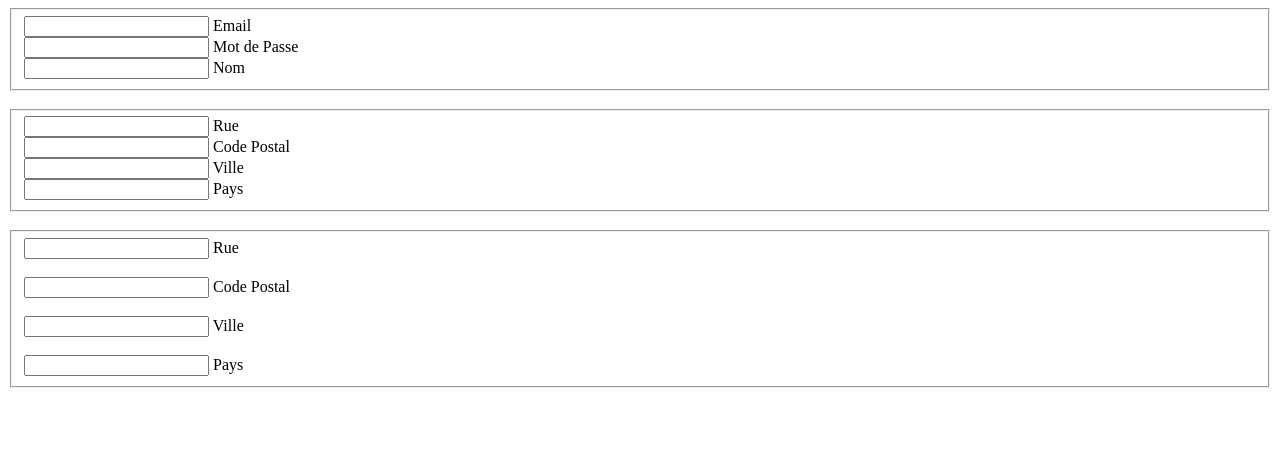
Repository: Tanox2450/ProjetFinalFrontWeb
Page: http://localhost/BoVoyageFrontOffice/fragments/formulaire.jsp
An editor plug-in stored every save of this project. The page is shown before and after the next save, followed by the edit.
The browser window is 1280 px wide. The pictures show the whole page.
The page is served by Tomcat 9. Other server files are loaded and not shown.

Above is the page before, as saved 2015-08-24 12:52:34.

### BoVoyageFrontOffice/WebContent/fragments/formulaire.jsp
<%@ page language="java" contentType="text/html; charset=UTF-8"
	pageEncoding="UTF-8"%>
<!DOCTYPE html PUBLIC "-//W3C//DTD HTML 4.01 Transitional//EN" "http://www.w3.org/TR/html4/loose.dtd">
<html>
<head>
<meta http-equiv="Content-Type" content="text/html; charset=UTF-8">
<title>Insert title here</title>
</head>
<body>
	<form method="post" action="FrontController">
		<fieldset>
			<div
				class="mdl-textfield mdl-js-textfield mdl-textfield--floating-label">
				<input class="mdl-textfield__input" type="text" name="email"
					id="email" /> <label class="mdl-textfield__label" for="email">Email</label>
			</div>
			<div
				class="mdl-textfield mdl-js-textfield mdl-textfield--floating-label">
				<input class="mdl-textfield__input" type="password" name="password"
					id="password" /> <label class="mdl-textfield__label" for="password">Mot
					de Passe</label>
			</div>
			<div
				class="mdl-textfield mdl-js-textfield mdl-textfield--floating-label">
				<input class="mdl-textfield__input" type="text" name="name"
					id="name" /> <label class="mdl-textfield__label" for="name">Nom</label>
			</div>
		</fieldset>
		<br />
		<fieldset>
			<div
				class="mdl-textfield mdl-js-textfield mdl-textfield--floating-label">
				<input class="mdl-textfield__input" type="text" name="street"
					id="street" /> <label class="mdl-textfield__label" for="street">Rue</label>
			</div>
			<div
				class="mdl-textfield mdl-js-textfield mdl-textfield--floating-label">
				<input class="mdl-textfield__input" type="text" name="postalCode"
					id="postalCode" /> <label class="mdl-textfield__label"
					for="postalCode">Code Postal</label>
			</div>
			<div
				class="mdl-textfield mdl-js-textfield mdl-textfield--floating-label">
				<input class="mdl-textfield__input" type="text" name="city"
					id="city" /> <label class="mdl-textfield__label" for="city">Ville</label>
			</div>
			<div
				class="mdl-textfield mdl-js-textfield mdl-textfield--floating-label">
				<input class="mdl-textfield__input" type="text" name="country"
					id="country" /> <label class="mdl-textfield__label" for="country">Pays</label>
			</div>
		</fieldset>
		<br />
		<fieldset>
			<div
				class="mdl-textfield mdl-js-textfield mdl-textfield--floating-label">
				<input class="mdl-textfield__input" type="text" name="street"
					id="street" /> <label class="mdl-textfield__label" for="street">Rue</label>
			</div>
			<br />
			<div
				class="mdl-textfield mdl-js-textfield mdl-textfield--floating-label">
				<input class="mdl-textfield__input" type="text" name="postalCode"
					id="postalCode" /> <label class="mdl-textfield__label"
					for="postalCode">Code Postal</label>
			</div>
			<br />
			<div
				class="mdl-textfield mdl-js-textfield mdl-textfield--floating-label">
				<input class="mdl-textfield__input" type="text" name="city"
					id="city" /> <label class="mdl-textfield__label" for="city">Ville</label>
			</div>
			<br />
			<div
				class="mdl-textfield mdl-js-textfield mdl-textfield--floating-label">
				<input class="mdl-textfield__input" type="text" name="country"
					id="country" /> <label class="mdl-textfield__label" for="country">Pays</label>
			</div>
		</fieldset>
	</form>
</body>
</html>

After the next save:
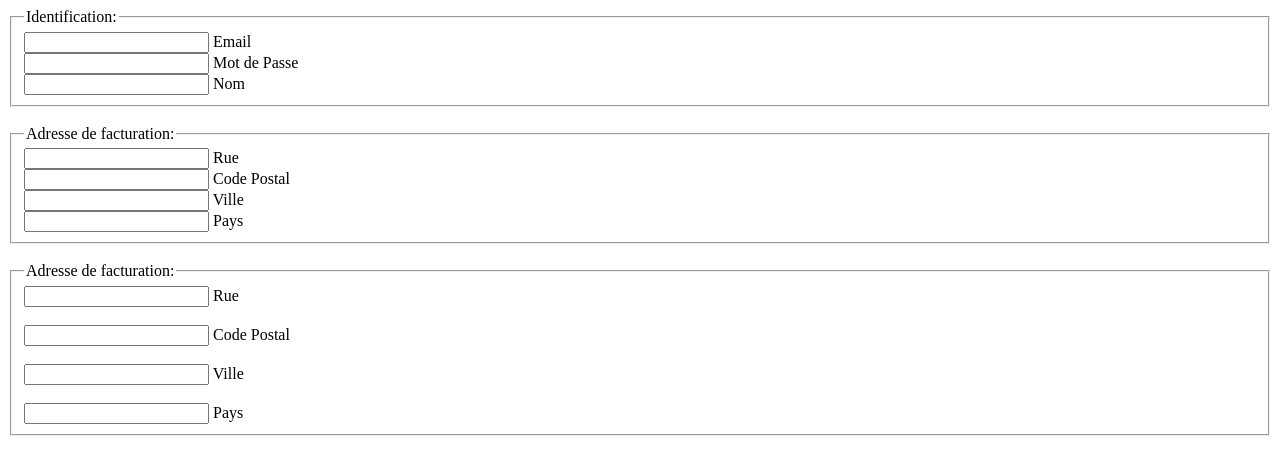
Saved 2 min 51 s later.
--- a/BoVoyageFrontOffice/WebContent/fragments/formulaire.jsp
+++ b/BoVoyageFrontOffice/WebContent/fragments/formulaire.jsp
@@ -9,6 +9,7 @@
 <body>
 	<form method="post" action="FrontController">
 		<fieldset>
+			<legend>Identification:</legend>
 			<div
 				class="mdl-textfield mdl-js-textfield mdl-textfield--floating-label">
 				<input class="mdl-textfield__input" type="text" name="email"
@@ -17,8 +18,8 @@
 			<div
 				class="mdl-textfield mdl-js-textfield mdl-textfield--floating-label">
 				<input class="mdl-textfield__input" type="password" name="password"
-					id="password" /> <label class="mdl-textfield__label" for="password">Mot
-					de Passe</label>
+					id="password" /> <label class="mdl-textfield__label"
+					for="password">Mot de Passe</label>
 			</div>
 			<div
 				class="mdl-textfield mdl-js-textfield mdl-textfield--floating-label">
@@ -28,6 +29,7 @@
 		</fieldset>
 		<br />
 		<fieldset>
+			<legend>Adresse de facturation:</legend>
 			<div
 				class="mdl-textfield mdl-js-textfield mdl-textfield--floating-label">
 				<input class="mdl-textfield__input" type="text" name="street"
@@ -52,6 +54,7 @@
 		</fieldset>
 		<br />
 		<fieldset>
+			<legend>Adresse de facturation:</legend>
 			<div
 				class="mdl-textfield mdl-js-textfield mdl-textfield--floating-label">
 				<input class="mdl-textfield__input" type="text" name="street"
